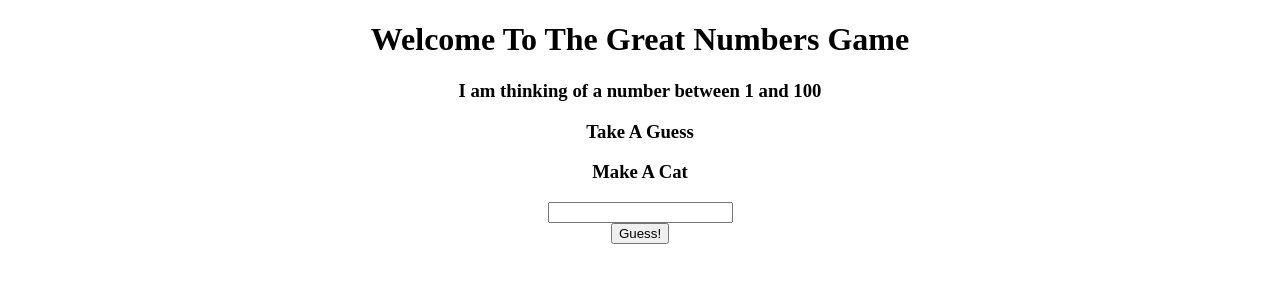
Repository: a-rydzak/Java
Page: http://localhost/GNumbers/Home
These files come from the project's save history. The page is drawn as it stood at one moment and after the next save; the edit follows.
The browser window is 1280 px wide. The pictures show the whole page.
The page is served by Tomcat 9. Other server files are loaded and not shown.

Above is the page before, as saved 2019-07-15 12:06:10.

### Java MVC/Great Number Game/GNumbers/WebContent/WEB-INF/views/Home.jsp
<%@ page language="java" contentType="text/html; charset=ISO-8859-1"
    pageEncoding="ISO-8859-1"%>
<!DOCTYPE html>
<html>
<head>
	<meta charset="ISO-8859-1">
	<title>Great Number Game</title>
	<style><%@include file="/WEB-INF/css/Home.css"%></style>
</head>
<body>

	<div id="container">
		<h1>Welcome To The Great Numbers Game</h1>
		<h3>I am thinking of a number between 1 and 100</h3>
		<h3>Take A Guess</h3>

		<div class="submitForm">
			<h3>Make A Cat</h3>
		      <form name="submitForm" method="POST" action="Cats">
		         <input type="number" name="number" required>
		         <br>
		         <input type = "submit" value = "Guess!" />
		      </form>
		</div>
	</div>

</body>
</html>

### Java MVC/Great Number Game/GNumbers/WebContent/WEB-INF/css/Home.css
@charset "ISO-8859-1";

#container{
	width:100%;
	text-align:center;
}

### Java MVC/Great Number Game/GNumbers/src/com/andrew/rydzak/web/controllers/Home.java
package com.andrew.rydzak.web.controllers;

import java.io.IOException;

import javax.servlet.RequestDispatcher;
import javax.servlet.ServletException;
import javax.servlet.annotation.WebServlet;
import javax.servlet.http.HttpServlet;
import javax.servlet.http.HttpServletRequest;
import javax.servlet.http.HttpServletResponse;

/**
 * Servlet implementation class Home
 */
@WebServlet("/Home")
public class Home extends HttpServlet {
	private static final long serialVersionUID = 1L;

    /**
     * @see HttpServlet#HttpServlet()
     */
    public Home() {
        super();
        // TODO Auto-generated constructor stub
    }

	/**
	 * @see HttpServlet#doGet(HttpServletRequest request, HttpServletResponse response)
	 */
	protected void doGet(HttpServletRequest request, HttpServletResponse response) throws ServletException, IOException {
        RequestDispatcher view = request.getRequestDispatcher("/WEB-INF/views/Home.jsp");
        view.forward(request, response);
	}

	/**
	 * @see HttpServlet#doPost(HttpServletRequest request, HttpServletResponse response)
	 */
	protected void doPost(HttpServletRequest request, HttpServletResponse response) throws ServletException, IOException {
		// TODO Auto-generated method stub
		doGet(request, response);
	}

}

After the next save:
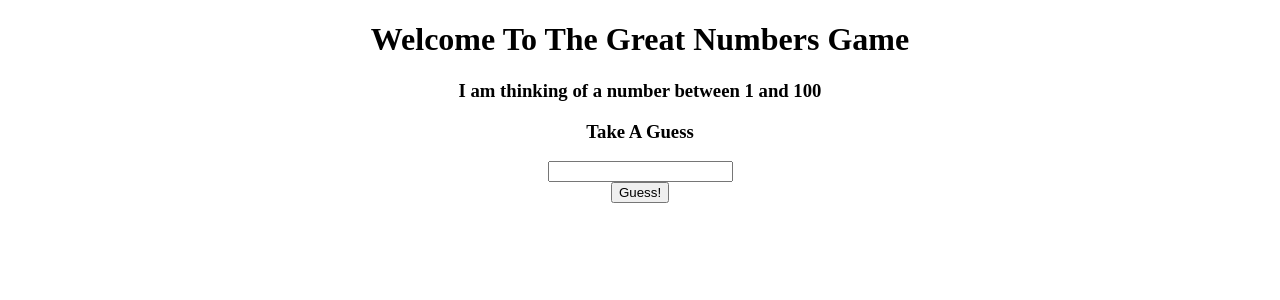
Saved 20 s later.
--- a/Java MVC/Great Number Game/GNumbers/WebContent/WEB-INF/views/Home.jsp
+++ b/Java MVC/Great Number Game/GNumbers/WebContent/WEB-INF/views/Home.jsp
@@ -15,12 +15,11 @@
 		<h3>Take A Guess</h3>
 
 		<div class="submitForm">
-			<h3>Make A Cat</h3>
-		      <form name="submitForm" method="POST" action="Cats">
-		         <input type="number" name="number" required>
-		         <br>
-		         <input type = "submit" value = "Guess!" />
-		      </form>
+	      <form name="submitForm" method="POST" action="Cats">
+	         <input type="number" name="number" required>
+	         <br>
+	         <input type = "submit" value = "Guess!" />
+	      </form>
 		</div>
 	</div>
 
